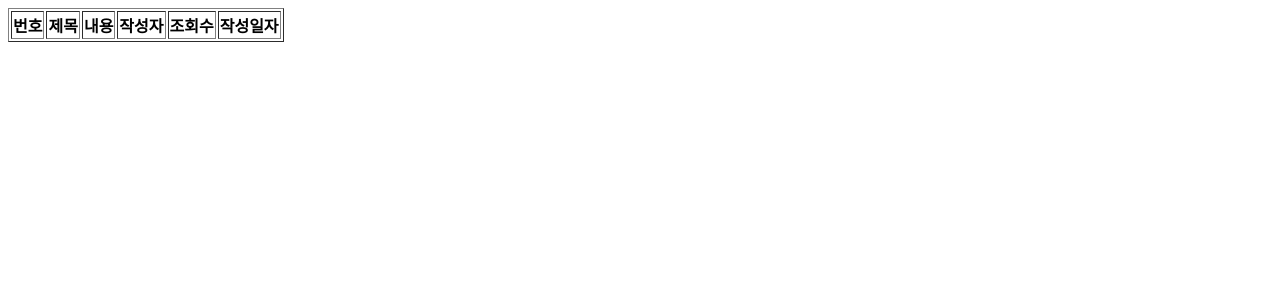
Repository: Luho0113/SpringBootStudy
Page: http://localhost/web/board.jsp
These files come from the project's save history. The page is drawn as it stood at one moment and after the next save; the edit follows.
The browser window is 1280 px wide. The pictures show the whole page.
The page is served by Tomcat 9. Queries for data that is not in the repository find no rows.

Above is the page before, as saved 2023-05-03 05:53:56.

After the next save:
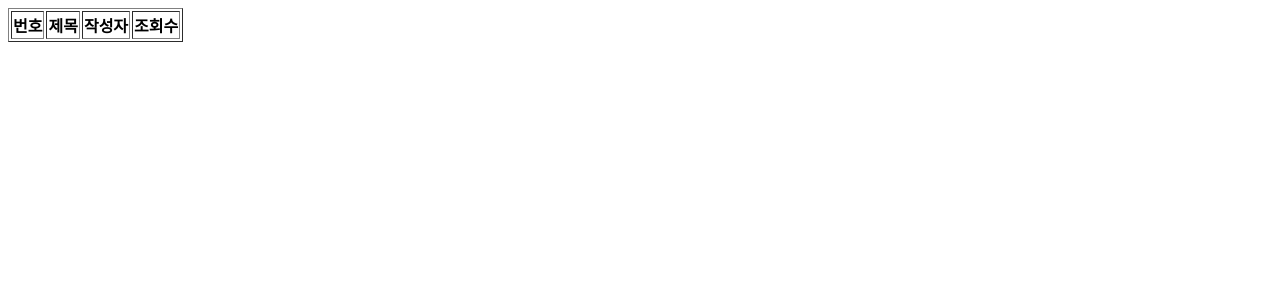
Saved 54 s later.
--- a/web/src/main/webapp/board.jsp
+++ b/web/src/main/webapp/board.jsp
@@ -23,24 +23,24 @@
 	con = DriverManager.getConnection(url, id, pwd);
 	Statement stmt = con.createStatement();
 	ResultSet rs = stmt.executeQuery("SELECT BI_NUM, BI_TITLE, BI_CONTENT, BI_WRITER, BI_CNT, BI_DATE FROM BOARD_INFO");
-
-	while (rs.next()) {
+%>
+	<table border="1">
+		<tr>
+			<th>번호</th>
+			<th>제목</th>
+			<th>작성자</th>
+			<th>조회수</th>
+		</tr>
+<% while (rs.next()) {
 		int biNum = rs.getInt("BI_NUM");
 		String biTitle = rs.getString("BI_TITLE");
 		String biWriter = rs.getString("BI_WRITER");
 		int biCnt = rs.getInt("BI_CNT");
 		out.println(biNum + "<br>");
-	}
-	%>
-	<table border="1">
-		<tr>
-			<th>번호</th>
-			<th>제목</th>
-			<th>내용</th>
-			<th>작성자</th>
-			<th>조회수</th>
-			<th>작성일자</th>
-		</tr>
+	}%>
+
+
+
 		<%
 		while (rs.next()) {
 			int biNum = rs.getInt("BI_NUM");
